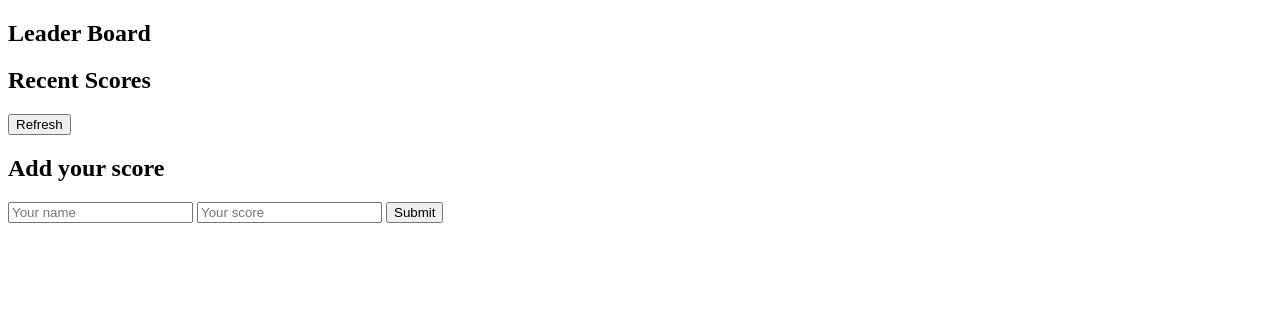
Repository: kennedyowusu/Leaderboard
Page: src/index.html
An editor plug-in stored every save of this project. The page is shown before and after the next save, followed by the edit.
The browser window is 1280 px wide. The pictures show the whole page.

Above is the page before, as saved 2022-12-20 14:37:34.

After the next save:
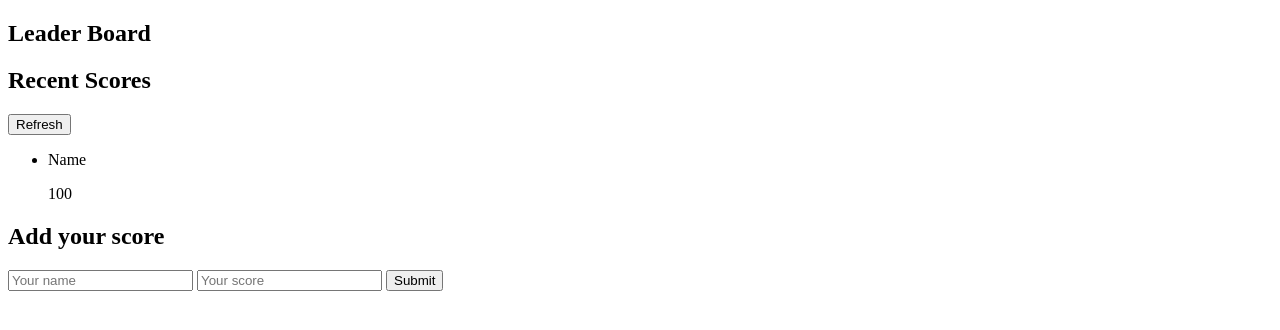
Saved 74 s later.
--- a/src/index.html
+++ b/src/index.html
@@ -17,12 +17,14 @@
       <h2 class="sub-title">Recent Scores</h2>
       <button class="refresh">Refresh</button>
      </div>
+
      <ul class="score-list">
-      <!-- <li class="score-item">
+      <li class="score-item">
        <p class="name">Name</p>
-       <p class="score">Score</p>
-      </li> -->
+       <p class="score">100</p>
+      </li>
      </ul>
+
     </div>
 
     <div class="add-score-container">
